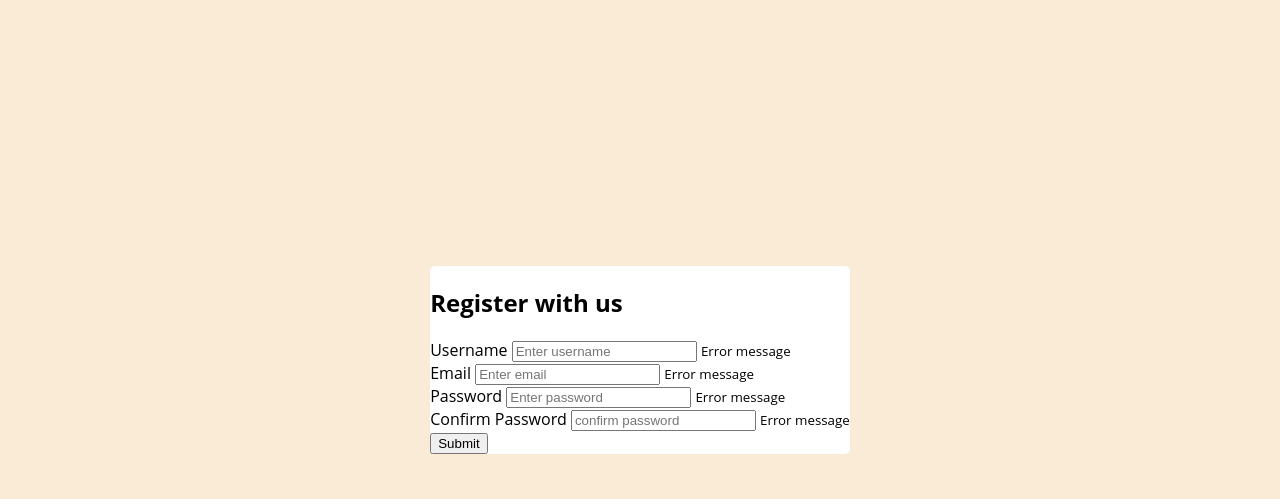
Repository: Azariagmt/Vanilla-javascript
Page: Form-Validator/index.html
An editor plug-in stored every save of this project. The page is shown before and after a run of saves, followed by the edit.
The browser window is 1280 px wide. The pictures show the whole page.

Above is the page before, as saved 2020-04-18 21:38:17.

After the next 3 saves:
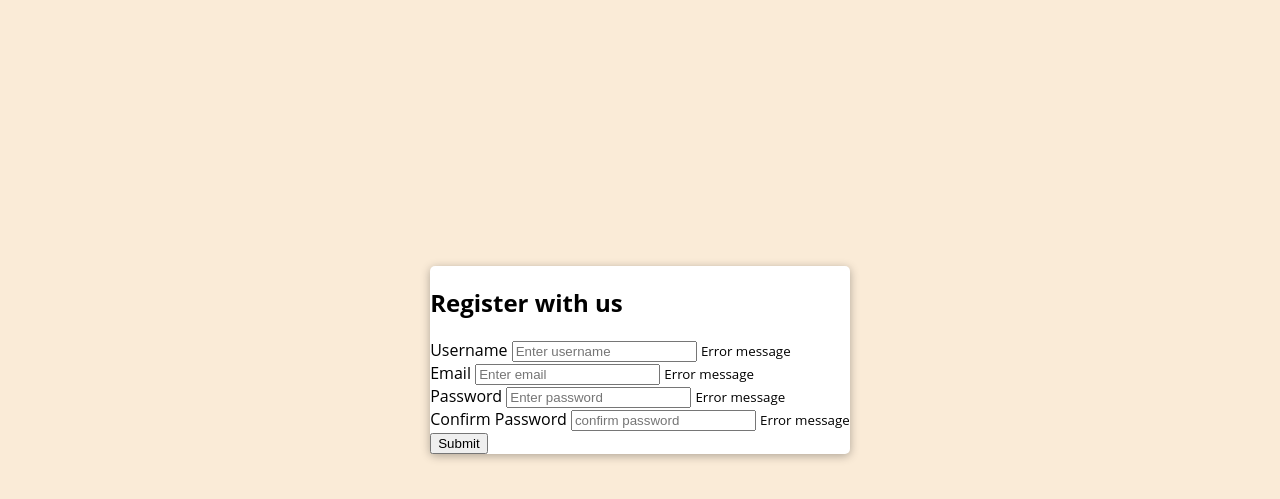
The 3 saves are shown as one change because they came seconds apart.
The last was saved 39 s later.
--- a/Form-Validator/style.css
+++ b/Form-Validator/style.css
@@ -16,5 +16,5 @@ body{
 .container{
     background-color:white;
     border-radius: 5px;
-    box-shadow: rgba(0, 0, 0, .3);
+    box-shadow: 0 2px 10px rgba(0, 0, 0, .3);
 }
